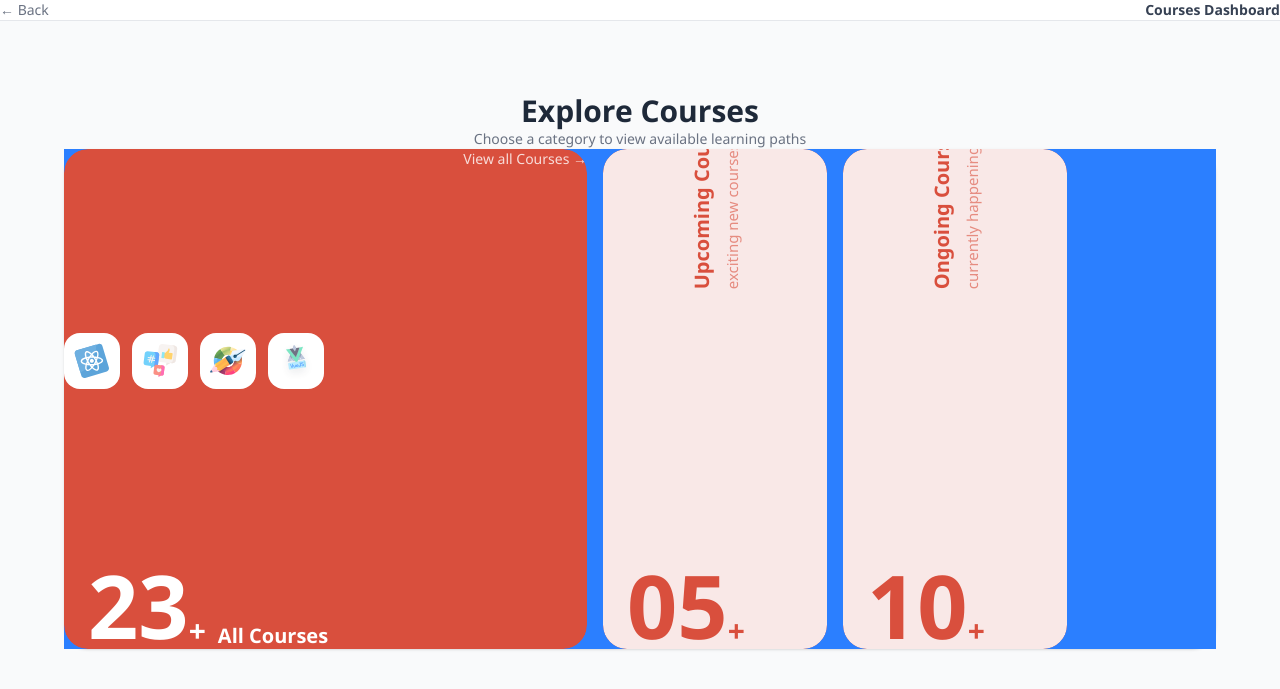
Repository: RahulRajKhadka/nextjs-dashboard-app
Page: /task2
These files come from the project's save history. The page is drawn as it stood at one moment and after the next save; the edit follows.
The browser window is 1280 px wide. The pictures show the whole page.
The project was rebuilt for these pictures with package versions that can differ from the ones it lists, and the page was loaded fresh each time. The framework's server and built-in components were replaced by stand-ins that run in the browser. Also part of the build but not shown: next.config.ts.

Above is the page before, as saved 2026-04-10 12:23:59.

### src/app/layout.tsx
import type { Metadata } from "next";
import "./globals.css";

export const metadata: Metadata = {
  title: "SkillShikshya Tasks",
  description: "Frontend & Logical Tasks",
};

export default function RootLayout({
  children,
}: {
  children: React.ReactNode;
}) {
  return (
    <html lang="en">
      <body>{children}</body>
    </html>
  );
}

### src/app/task2/page.tsx
"use client";
import dynamic from "next/dynamic";
import Link from "next/link";

const CourseCards = dynamic(() => import("@/components/task2/CourseCards"), {
  loading: () => (
    <div className="flex items-center justify-center h-[300px] text-gray-400 text-sm">
      Loading courses...
    </div>
  ),
  ssr: false,
});

export default function Task2Page() {
  return (
    <main className="min-h-screen bg-gray-50 flex flex-col">

      {/* Top Bar */}
      <div className="flex items-center justify-between px-6 md:px-10 py-4 border-b border-gray-200 bg-white">
        <Link
          href="/"
          className="text-sm text-gray-500 hover:text-gray-900 transition-colors"
        >
          ← Back
        </Link>

        <span className="text-sm font-semibold text-gray-700">
          Courses Dashboard
        </span>
      </div>

      {/* Centered Content */}
      <div className="flex-1 flex items-center justify-center px-4 py-10">

        <div className="w-full max-w-6xl">

          {/* Heading */}
          <div className="mb-8 text-center mt-10">
            <h1 className="text-3xl font-bold text-gray-800">
              Explore Courses
            </h1>
            <p className="text-gray-500 text-sm mt-2">
              Choose a category to view available learning paths
            </p>
          </div>

          {/* Cards */}
          <div className="bg-white rounded-3xl shadow-sm p-4 md:p-6">
            <CourseCards />
          </div>

        </div>

      </div>
    </main>
  );
}

### src/app/globals.css
@import "tailwindcss";

* {
  margin: 0;
  padding: 0;
  box-sizing: border-box;
}

html {
  scroll-behavior: smooth;
}

body {
  font-family: "Segoe UI", sans-serif;
  background-color: #f5f5f5;
}

.vertical-text {
  writing-mode: vertical-rl;
  transform: rotate(180deg);
}

### src/components/task2/CourseCards.tsx
"use client";

import { useState, useRef, useLayoutEffect } from "react";
import CourseCard from "./CourseCard";
import { courseCardsData } from "./courseCardsData";
import gsap from "gsap";

export default function CourseCards() {
  const [expandedId, setExpandedId] = useState<number>(1);
  const [directionMap, setDirectionMap] = useState<Map<number, "left" | "right">>(new Map());

  const cardRefs = useRef<(HTMLDivElement | null)[]>([]);
  const containerRef = useRef<HTMLDivElement>(null);
  const expandedWidth = useRef(0);
  const collapsedWidth = useRef(0);
  const isAnimating = useRef(false);

  useLayoutEffect(() => {
    const container = containerRef.current;
    if (!container) return;

    const totalWidth = container.clientWidth;
    const gap = 16;
    const totalGap = gap * (courseCardsData.length - 1);
    const unit = (totalWidth - totalGap) / courseCardsData.length;

    expandedWidth.current = unit * 1.4;
    collapsedWidth.current = unit * 0.6;

    const initialDirectionMap = new Map<number, "left" | "right">();
    courseCardsData.forEach((course, index) => {
      initialDirectionMap.set(course.id, index === 0 ? "right" : "left");
    });
    setDirectionMap(initialDirectionMap);

    cardRefs.current.forEach((el, i) => {
      if (el) {
        gsap.set(el, {
          width:
            courseCardsData[i].id === 1
              ? expandedWidth.current
              : collapsedWidth.current,
        });
      }
    });
  }, []);

  const getDirectionForCard = (clickedId: number, currentExpandedId: number): "left" | "right" => {
    const clickedIndex = courseCardsData.findIndex((c) => c.id === clickedId);
    const expandedIndex = courseCardsData.findIndex((c) => c.id === currentExpandedId);
    return clickedIndex < expandedIndex ? "left" : "right";
  };

  const isCardLeftmost = (cardId: number): boolean => {
    return courseCardsData.findIndex((c) => c.id === cardId) === 0;
  };

  const handleCardClick = (courseId: number) => {
    if (courseId === expandedId || isAnimating.current) return;

    const newDirection = getDirectionForCard(courseId, expandedId);
    const prevIndex = courseCardsData.findIndex((c) => c.id === expandedId);
    const newIndex = courseCardsData.findIndex((c) => c.id === courseId);

    isAnimating.current = true;

    const tl = gsap.timeline({
      onComplete: () => {
        isAnimating.current = false;
      },
    });

    setDirectionMap((prev) => {
      const newMap = new Map(prev);
      newMap.set(courseId, newDirection);
      return newMap;
    });

  tl.to({}, { duration: 0.08 })

.to(cardRefs.current[prevIndex], {
  width: collapsedWidth.current,
  duration: 0.45,
  ease: "power2.inOut",
})

.to(
  cardRefs.current[newIndex],
  {
    width: expandedWidth.current,
    duration: 0.5,
    ease: "power3.out",
  },
  "-=0.2" // 👈 starts before collapse fully ends
)

.call(() => {
  setExpandedId(courseId);
});
  };

  return (
    <div
      ref={containerRef}
      className="flex gap-4 w-full p-8 bg-blue-500 h-[500px]"
    >
      {courseCardsData.map((course, i) => (
        <div
          key={course.id}
          ref={(el) => (cardRefs.current[i] = el)}
          className="shrink-0 overflow-hidden rounded-3xl"
        >
          <CourseCard
            course={course}
            isExpanded={expandedId === course.id}
            direction={directionMap.get(course.id) || (i === 0 ? "right" : "left")}
            isLeftmost={isCardLeftmost(course.id)}
            onClick={() => handleCardClick(course.id)}
          />
        </div>
      ))}
    </div>
  );
}

### src/components/task2/CourseCard.tsx
"use client";

import Image from "next/image";
import { useRef, useLayoutEffect } from "react";
import { CourseCard as CourseCardType } from "@/types";
import gsap from "gsap";

interface Props {
  course: CourseCardType;
  isExpanded: boolean;
  onClick: () => void;
  direction: "left" | "right";
  isLeftmost?: boolean;
}

export default function CourseCard({
  course,
  isExpanded,
  onClick,
  direction,
  isLeftmost = false,
}: Props) {
  const numberRef = useRef<HTMLDivElement>(null);
  const collapsedLabelRef = useRef<HTMLDivElement>(null);
  const iconsRef = useRef<(HTMLSpanElement | null)[]>([]);
  const topbarRef = useRef<HTMLDivElement>(null);
  const expandedViewRef = useRef<HTMLDivElement>(null);
  const circleRef = useRef<HTMLDivElement>(null);

  useLayoutEffect(() => {
    if (!numberRef.current || !collapsedLabelRef.current) return;

    if (isExpanded) {
      // Show expanded view first so we can measure
      gsap.set(expandedViewRef.current, { display: "grid" });

      // Measure delta: label center → beside number (bottom-left)
      const labelRect = collapsedLabelRef.current.getBoundingClientRect();
      const numberRect = numberRef.current.getBoundingClientRect();

      // We want label to land to the RIGHT of the number
      const targetX = numberRect.right + 12 - (labelRect.left + labelRect.width / 2);
      const targetY = numberRect.bottom - labelRect.height / 2 - labelRect.top - labelRect.height / 2;

      // Circle wipe
      gsap.to(circleRef.current, {
        clipPath: "circle(0% at 0% 100%)",
        duration: 1.5,
        ease: "power3.inOut",
      });

      // Topbar
      const topbarFromX = direction === "left" ? 80 : -80;
      gsap.fromTo(
        topbarRef.current,
        { opacity: 0, y: -10, x: topbarFromX },
        { opacity: 1, y: 0, x: 0, duration: 0.5, delay: 0.25 }
      );

      // Icons
      const iconsFromX = direction === "left" ? 150 : -150;
      gsap.set(iconsRef.current, { x: iconsFromX, opacity: 0 });
      iconsRef.current.forEach((icon, i) => {
        gsap.to(icon, {
          x: 0,
          opacity: 1,
          duration: 0.5,
          delay: 0.25 + i * 0.1,
        });
      });

      // Number color
      gsap.to(numberRef.current, {
        color: "#ffffff",
        duration: 0.5,
        delay: 0.2,
      });

      // Label: rotate -90 → 0 while traveling right to beside the number
      gsap.fromTo(
        collapsedLabelRef.current,
        {
          rotation: -90,
          x: 0,
          y: 0,
          color: course.textColor,
        },
        {
          rotation: 0,
          x: targetX,
          y: targetY,
          color: "#ffffff",
          duration: 2,
          delay: 0,
          ease: "power2.inOut",
        }
      );
    } else {
      // Circle back
      gsap.to(circleRef.current, {
        clipPath: "circle(130% at 0% 80%)",
        duration: 0.7,
      });

      gsap.set(expandedViewRef.current, { display: "none", delay: 0.3 });

      // Number color back
      gsap.to(numberRef.current, {
        color: course.textColor,
        duration: 0.4,
      });

      // Label travels back and rotates back to -90
      gsap.to(collapsedLabelRef.current, {
        rotation: -90,
        x: 0,
        y: 0,
        color: course.textColor,
        duration: 2,
        ease: "power2.inOut",
      });
    }
  }, [isExpanded, direction]);

  return (
    <div
      onClick={onClick}
      className="relative rounded-3xl overflow-hidden cursor-pointer h-full w-full"
      style={{ backgroundColor: course.bgExpanded }}
    >
      {/* Background circle */}
      <div
        ref={circleRef}
        className="absolute inset-0 z-[1]"
        style={{
          backgroundColor: course.bg,
          clipPath: "circle(150% at 0% 100%)",
        }}
      />

      {/* NUMBER — always bottom-left */}
      <div className="absolute bottom-0 left-6 z-[3] flex items-end p-4 pointer-events-none">
        <div ref={numberRef} className="flex items-end" style={{ color: course.textColor }}>
          <span
            className="font-black leading-none"
            style={{
              fontSize: "clamp(3.5rem,7vw,5.5rem)",
              color: "inherit",
            }}
          >
            {String(course.count).padStart(2, "0")}
          </span>
          <span className="font-black text-3xl mb-2 ml-1" style={{ color: "inherit" }}>
            +
          </span>
        </div>
      </div>

      {/* SINGLE LABEL — always center, rotates and travels on expand */}
      <div className="absolute inset-0 z-[4]  pointer-events-none">
        <div
          ref={collapsedLabelRef}
          className="flex flex-col gap-1"
          style={{
            transform: "rotate(-90deg)",
            color: course.textColor,
          }}
        >
          <span className="font-bold text-[20px] whitespace-nowrap" style={{ color: "inherit" }}>
            {course.label}
          </span>
          <p className="text-[15px] opacity-60 whitespace-nowrap" style={{ color: "inherit" }}>
            {course.sublabel}
          </p>
        </div>
      </div>

      {/* EXPANDED VIEW — topbar + icons only */}
      <div
        ref={expandedViewRef}
        className="absolute inset-0 z-[2] p-5"
        style={{
          display: isExpanded ? "grid" : "none",
          gridTemplateRows: "auto 1fr auto",
        }}
      >
        {/* Row 1: topbar */}
        <div ref={topbarRef} className="flex justify-end mt-40">
          <span className="text-white/80 text-sm">View all Courses →</span>
        </div>

        {/* Row 2: icons */}
        <div className="flex gap-3 items-center">
          {course.icons?.map((iconPath, i) => (
            <span
              key={i}
              ref={(el) => (iconsRef.current[i] = el)}
              className="w-14 h-14 rounded-2xl bg-white flex items-center justify-center"
            >
              <Image src={iconPath} alt="" width={36} height={36} />
            </span>
          ))}
        </div>

        {/* Row 3: empty — number and label are absolute, they land here */}
        <div className="h-24" />
      </div>
    </div>
  );
}

### src/components/task2/courseCardsData.ts
import { CourseCard } from "@/types";

export const courseCardsData: CourseCard[] = [
  {
    id: 1,
    count: "23",
    label: "All Courses",
    sublabel: "courses you're powering through right now.",
    bg: "#F9E8E7",        // ← was "#D94F3D", should be light pink
    textColor: "#D94F3D",  // ← was "white", red for collapsed state
    bgExpanded: "#D94F3D",
    icons: ["/images/react.svg", "/images/likes.svg", "/images/design.svg", "/images/view.svg"],
  },
  {
    id: 2,
    count: "05",
    label: "Upcoming Courses",
    sublabel: "exciting new courses waiting to boost your skills.",
    bg: "#F9E8E7",
    textColor: "#D94F3D",
    bgExpanded: "#D94F3D",
    icons: ["/images/react.svg", "/images/likes.svg", "/images/design.svg", "/images/view.svg"],
  },
  {
    id: 3,
    count: "10",
    label: "Ongoing Courses",
    sublabel: "currently happening—don't miss out on the action!",
    bg: "#F9E8E7",
    textColor: "#D94F3D",
    bgExpanded: "#D94F3D",
    icons: ["/images/react.svg", "/images/likes.svg", "/images/design.svg", "/images/view.svg"],
  },
];

After the next save:
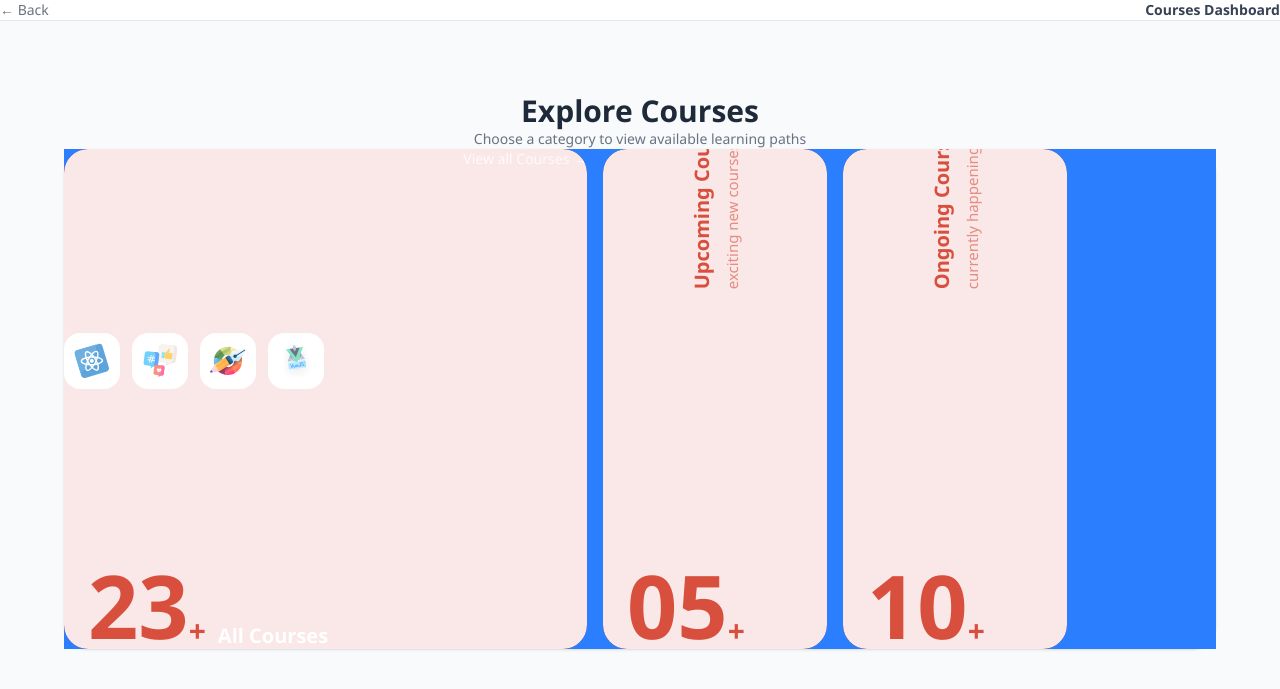
Saved 10 s later.
--- a/src/components/task2/CourseCard.tsx
+++ b/src/components/task2/CourseCard.tsx
@@ -27,101 +27,57 @@
   const expandedViewRef = useRef<HTMLDivElement>(null);
   const circleRef = useRef<HTMLDivElement>(null);
 
-  useLayoutEffect(() => {
-    if (!numberRef.current || !collapsedLabelRef.current) return;
+useLayoutEffect(() => {
+  if (!numberRef.current || !collapsedLabelRef.current) return;
 
-    if (isExpanded) {
-      // Show expanded view first so we can measure
-      gsap.set(expandedViewRef.current, { display: "grid" });
+  if (isExpanded) {
+    // 1. Capture the label's current position in the collapsed card
+    const labelRect = collapsedLabelRef.current.getBoundingClientRect();
+    const parentRect = collapsedLabelRef.current.parentElement!.getBoundingClientRect();
 
-      // Measure delta: label center → beside number (bottom-left)
-      const labelRect = collapsedLabelRef.current.getBoundingClientRect();
-      const numberRect = numberRef.current.getBoundingClientRect();
+    // Store original offset relative to parent
+    const originalLeft = labelRect.left - parentRect.left;
+    const originalTop = labelRect.top - parentRect.top;
 
-      // We want label to land to the RIGHT of the number
-      const targetX = numberRect.right + 12 - (labelRect.left + labelRect.width / 2);
-      const targetY = numberRect.bottom - labelRect.height / 2 - labelRect.top - labelRect.height / 2;
+    // 2. Pin the label to that exact position using transform
+    gsap.set(collapsedLabelRef.current, {
+      x: originalLeft - (labelRect.width / 2), // adjust for center
+      y: originalTop - (labelRect.height / 2),
+      rotation: -90,
+    });
 
-      // Circle wipe
-      gsap.to(circleRef.current, {
-        clipPath: "circle(0% at 0% 100%)",
-        duration: 1.5,
-        ease: "power3.inOut",
-      });
+    // 3. Now measure the target position (beside number)
+    const numberRect = numberRef.current.getBoundingClientRect();
+    const targetX = numberRect.right + 12 - (labelRect.left + labelRect.width / 2);
+    const targetY = numberRect.bottom - labelRect.height / 2 - labelRect.top - labelRect.height / 2;
 
-      // Topbar
-      const topbarFromX = direction === "left" ? 80 : -80;
-      gsap.fromTo(
-        topbarRef.current,
-        { opacity: 0, y: -10, x: topbarFromX },
-        { opacity: 1, y: 0, x: 0, duration: 0.5, delay: 0.25 }
-      );
+    // 4. Show expanded view (but label stays pinned)
+    gsap.set(expandedViewRef.current, { display: "grid" });
 
-      // Icons
-      const iconsFromX = direction === "left" ? 150 : -150;
-      gsap.set(iconsRef.current, { x: iconsFromX, opacity: 0 });
-      iconsRef.current.forEach((icon, i) => {
-        gsap.to(icon, {
-          x: 0,
-          opacity: 1,
-          duration: 0.5,
-          delay: 0.25 + i * 0.1,
-        });
-      });
+    // 5. Animate from pinned position to target
+    gsap.to(collapsedLabelRef.current, {
+      x: targetX,
+      y: targetY,
+      rotation: 0,
+      color: "#ffffff",
+      duration: 1.0,
+      delay: 0.2,
+      ease: "power2.inOut",
+    });
 
-      // Number color
-      gsap.to(numberRef.current, {
-        color: "#ffffff",
-        duration: 0.5,
-        delay: 0.2,
-      });
-
-      // Label: rotate -90 → 0 while traveling right to beside the number
-      gsap.fromTo(
-        collapsedLabelRef.current,
-        {
-          rotation: -90,
-          x: 0,
-          y: 0,
-          color: course.textColor,
-        },
-        {
-          rotation: 0,
-          x: targetX,
-          y: targetY,
-          color: "#ffffff",
-          duration: 2,
-          delay: 0,
-          ease: "power2.inOut",
-        }
-      );
-    } else {
-      // Circle back
-      gsap.to(circleRef.current, {
-        clipPath: "circle(130% at 0% 80%)",
-        duration: 0.7,
-      });
-
-      gsap.set(expandedViewRef.current, { display: "none", delay: 0.3 });
-
-      // Number color back
-      gsap.to(numberRef.current, {
-        color: course.textColor,
-        duration: 0.4,
-      });
-
-      // Label travels back and rotates back to -90
-      gsap.to(collapsedLabelRef.current, {
-        rotation: -90,
-        x: 0,
-        y: 0,
-        color: course.textColor,
-        duration: 2,
-        ease: "power2.inOut",
-      });
-    }
-  }, [isExpanded, direction]);
-
+    // rest of your animations (circle, topbar, icons)...
+  } else {
+    // Collapse: animate back to original pinned position
+    gsap.to(collapsedLabelRef.current, {
+      x: 0,
+      y: 0,
+      rotation: -90,
+      color: course.textColor,
+      duration: 0.8,
+    });
+    // ...
+  }
+}, [isExpanded, direction]);
   return (
     <div
       onClick={onClick}

After the save that followed:
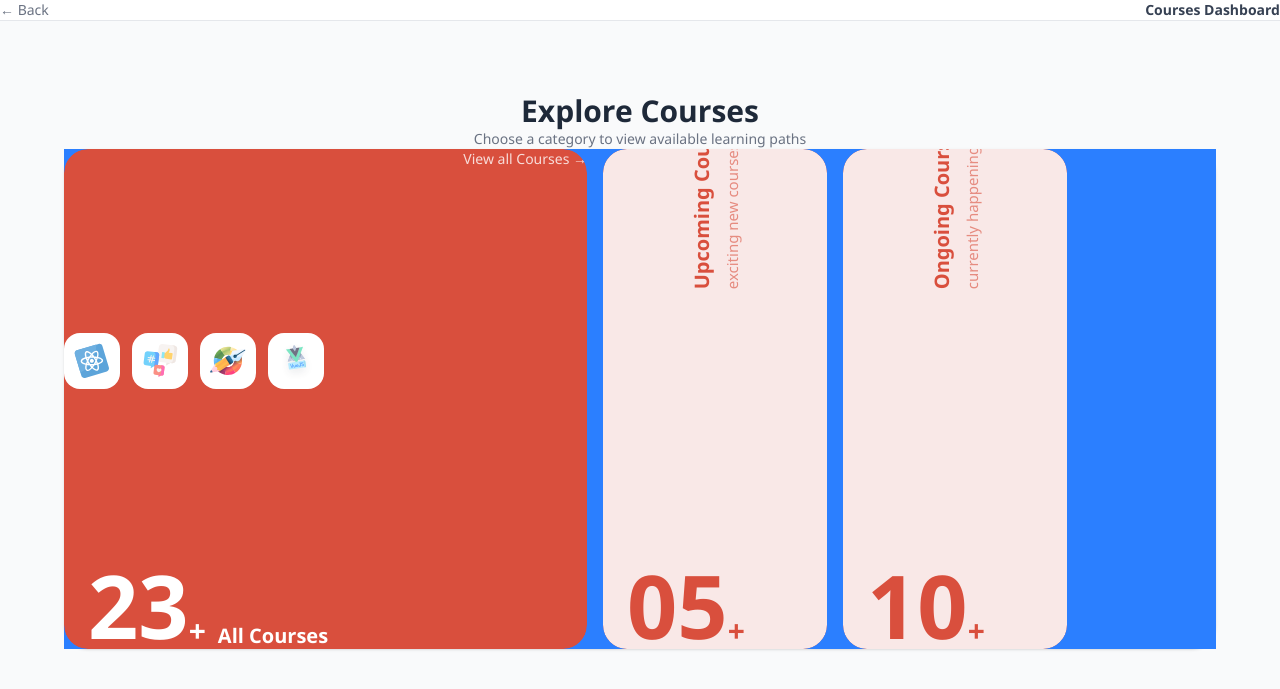
Saved 41 s later.
--- a/src/components/task2/CourseCard.tsx
+++ b/src/components/task2/CourseCard.tsx
@@ -27,57 +27,101 @@
   const expandedViewRef = useRef<HTMLDivElement>(null);
   const circleRef = useRef<HTMLDivElement>(null);
 
-useLayoutEffect(() => {
-  if (!numberRef.current || !collapsedLabelRef.current) return;
-
-  if (isExpanded) {
-    // 1. Capture the label's current position in the collapsed card
-    const labelRect = collapsedLabelRef.current.getBoundingClientRect();
-    const parentRect = collapsedLabelRef.current.parentElement!.getBoundingClientRect();
-
-    // Store original offset relative to parent
-    const originalLeft = labelRect.left - parentRect.left;
-    const originalTop = labelRect.top - parentRect.top;
-
-    // 2. Pin the label to that exact position using transform
-    gsap.set(collapsedLabelRef.current, {
-      x: originalLeft - (labelRect.width / 2), // adjust for center
-      y: originalTop - (labelRect.height / 2),
-      rotation: -90,
-    });
-
-    // 3. Now measure the target position (beside number)
-    const numberRect = numberRef.current.getBoundingClientRect();
-    const targetX = numberRect.right + 12 - (labelRect.left + labelRect.width / 2);
-    const targetY = numberRect.bottom - labelRect.height / 2 - labelRect.top - labelRect.height / 2;
-
-    // 4. Show expanded view (but label stays pinned)
-    gsap.set(expandedViewRef.current, { display: "grid" });
-
-    // 5. Animate from pinned position to target
-    gsap.to(collapsedLabelRef.current, {
-      x: targetX,
-      y: targetY,
-      rotation: 0,
-      color: "#ffffff",
-      duration: 1.0,
-      delay: 0.2,
-      ease: "power2.inOut",
-    });
-
-    // rest of your animations (circle, topbar, icons)...
-  } else {
-    // Collapse: animate back to original pinned position
-    gsap.to(collapsedLabelRef.current, {
-      x: 0,
-      y: 0,
-      rotation: -90,
-      color: course.textColor,
-      duration: 0.8,
-    });
-    // ...
-  }
-}, [isExpanded, direction]);
+  useLayoutEffect(() => {
+    if (!numberRef.current || !collapsedLabelRef.current) return;
+
+    if (isExpanded) {
+      // Show expanded view first so we can measure
+      gsap.set(expandedViewRef.current, { display: "grid" });
+
+      // Measure delta: label center → beside number (bottom-left)
+      const labelRect = collapsedLabelRef.current.getBoundingClientRect();
+      const numberRect = numberRef.current.getBoundingClientRect();
+
+      // We want label to land to the RIGHT of the number
+      const targetX = numberRect.right + 12 - (labelRect.left + labelRect.width / 2);
+      const targetY = numberRect.bottom - labelRect.height / 2 - labelRect.top - labelRect.height / 2;
+
+      // Circle wipe
+      gsap.to(circleRef.current, {
+        clipPath: "circle(0% at 0% 100%)",
+        duration: 1.5,
+        ease: "power3.inOut",
+      });
+
+      // Topbar
+      const topbarFromX = direction === "left" ? 80 : -80;
+      gsap.fromTo(
+        topbarRef.current,
+        { opacity: 0, y: -10, x: topbarFromX },
+        { opacity: 1, y: 0, x: 0, duration: 0.5, delay: 0.25 }
+      );
+
+      // Icons
+      const iconsFromX = direction === "left" ? 150 : -150;
+      gsap.set(iconsRef.current, { x: iconsFromX, opacity: 0 });
+      iconsRef.current.forEach((icon, i) => {
+        gsap.to(icon, {
+          x: 0,
+          opacity: 1,
+          duration: 0.5,
+          delay: 0.25 + i * 0.1,
+        });
+      });
+
+      // Number color
+      gsap.to(numberRef.current, {
+        color: "#ffffff",
+        duration: 0.5,
+        delay: 0.2,
+      });
+
+      // Label: rotate -90 → 0 while traveling right to beside the number
+      gsap.fromTo(
+        collapsedLabelRef.current,
+        {
+          rotation: -90,
+          x: 0,
+          y: 0,
+          color: course.textColor,
+        },
+        {
+          rotation: 0,
+          x: targetX,
+          y: targetY,
+          color: "#ffffff",
+          duration: 2,
+          delay: 0,
+          ease: "power2.inOut",
+        }
+      );
+    } else {
+      // Circle back
+      gsap.to(circleRef.current, {
+        clipPath: "circle(130% at 0% 80%)",
+        duration: 0.7,
+      });
+
+      gsap.set(expandedViewRef.current, { display: "none", delay: 0.3 });
+
+      // Number color back
+      gsap.to(numberRef.current, {
+        color: course.textColor,
+        duration: 0.4,
+      });
+
+      // Label travels back and rotates back to -90
+      gsap.to(collapsedLabelRef.current, {
+        rotation: -90,
+        x: 0,
+        y: 0,
+        color: course.textColor,
+        duration: 2,
+        ease: "power2.inOut",
+      });
+    }
+  }, [isExpanded, direction]);
+
   return (
     <div
       onClick={onClick}
